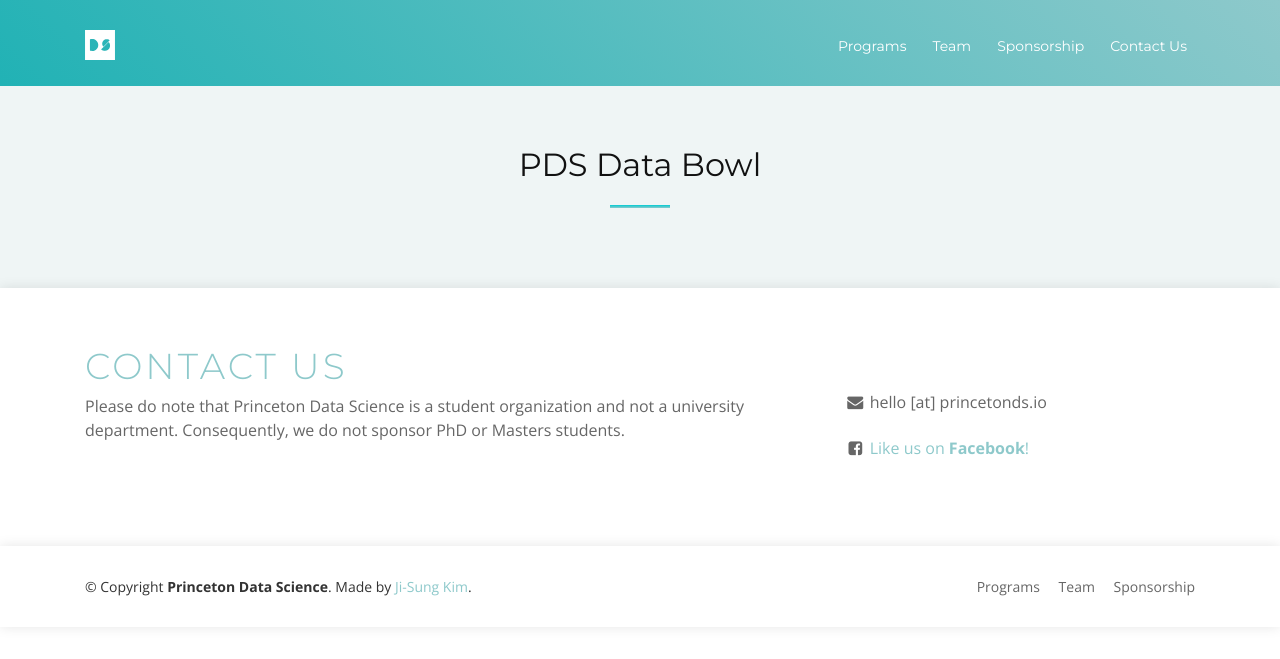
Repository: princetonds/princetonds.github.io
Page: team2.html
These files come from the project's save history. The page is drawn as it stood at one moment and after the next save; the edit follows.
The browser window is 1280 px wide. The pictures show the whole page.

Above is the page before, as saved 2021-03-20 03:03:06.
Console error: TypeError: Cannot read properties of null (reading 'innerHTML')

After the next save:
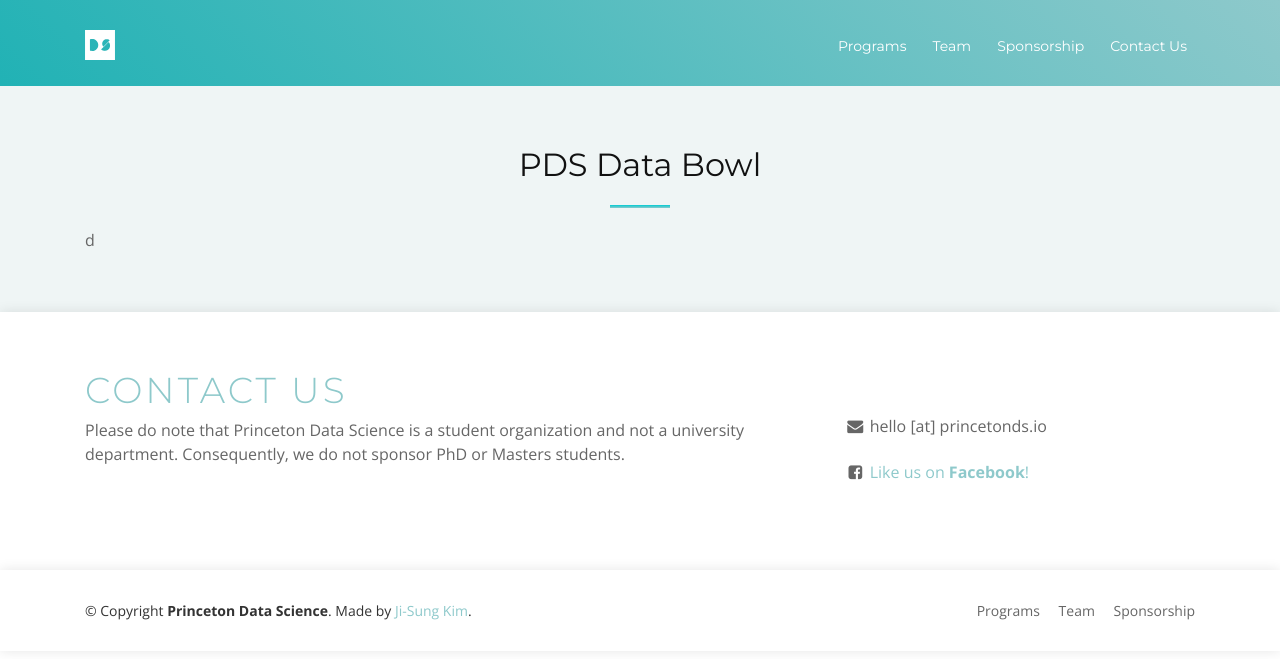
Saved 9 s later.
--- a/team2.html
+++ b/team2.html
@@ -91,7 +91,7 @@
         <div class="section-header">
           <h3 class="section-title">PDS Data Bowl</h3>
           <span class="section-divider"></span>
-
+        </div>d
 
     </section><!-- #team -->
 

After the save that followed:
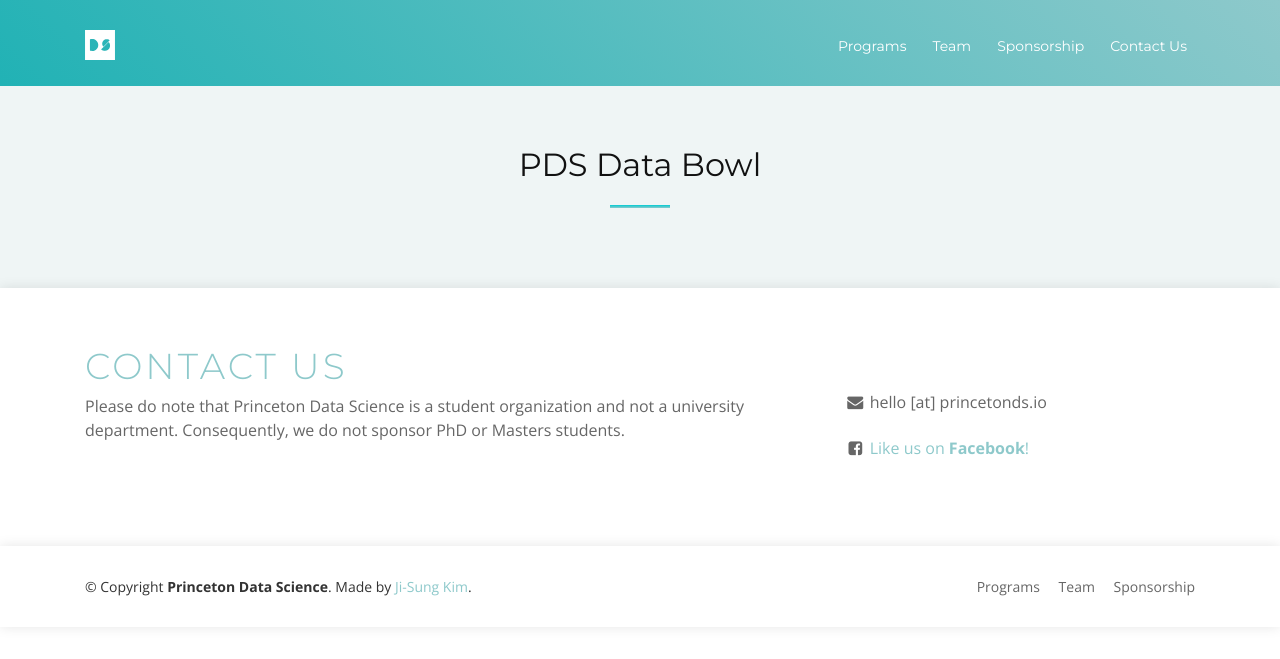
Saved 6 s later.
--- a/team2.html
+++ b/team2.html
@@ -91,7 +91,7 @@
         <div class="section-header">
           <h3 class="section-title">PDS Data Bowl</h3>
           <span class="section-divider"></span>
-        </div>d
+        </div>
 
     </section><!-- #team -->
 
